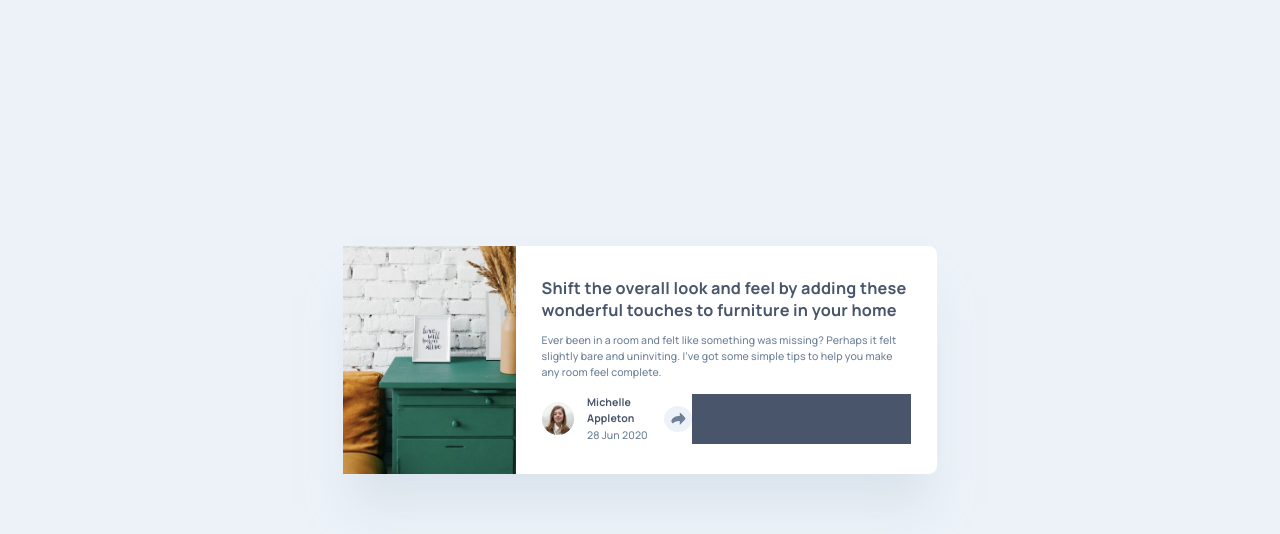
Repository: brandontaylor1/article-preview-component
Page: index.html
An editor plug-in stored every save of this project. The page is shown before and after the next save, followed by the edit.
The browser window is 1280 px wide. The pictures show the whole page.

Above is the page before, as saved 2025-01-15 16:04:02.

After the next save:
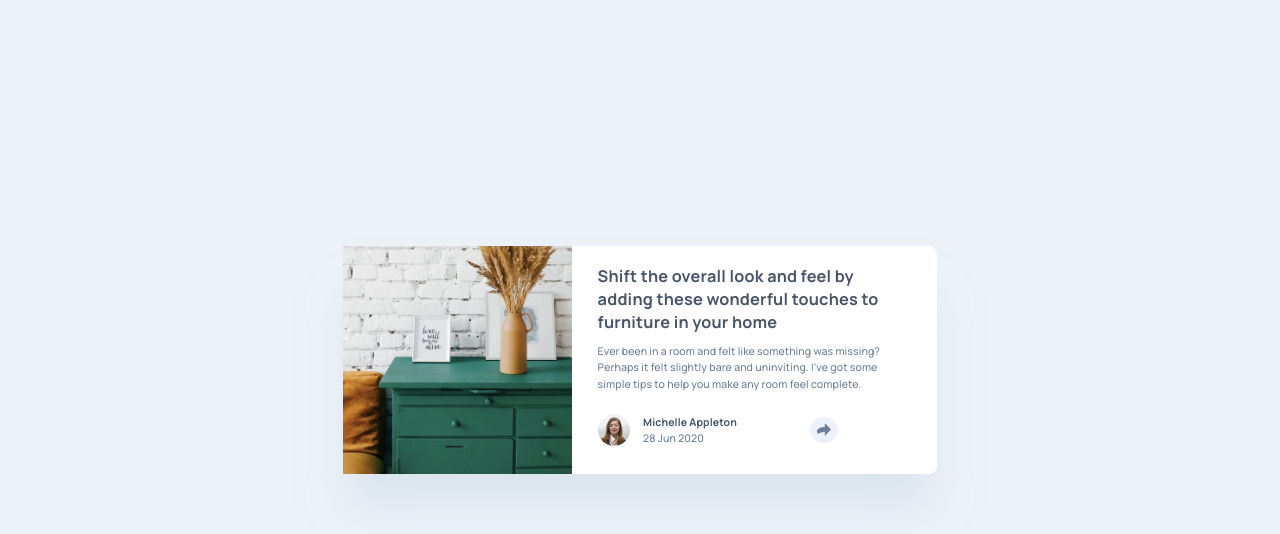
Saved 12 s later.
--- a/styles.css
+++ b/styles.css
@@ -146,8 +146,8 @@
 
 .share-box {
     height: 50px;
-    width: 248px;
-    background-color: #48556A;
+    /* width: 248px;
+    background-color: #48556A; */
 
 }
 .triangle-down {

After the save that followed:
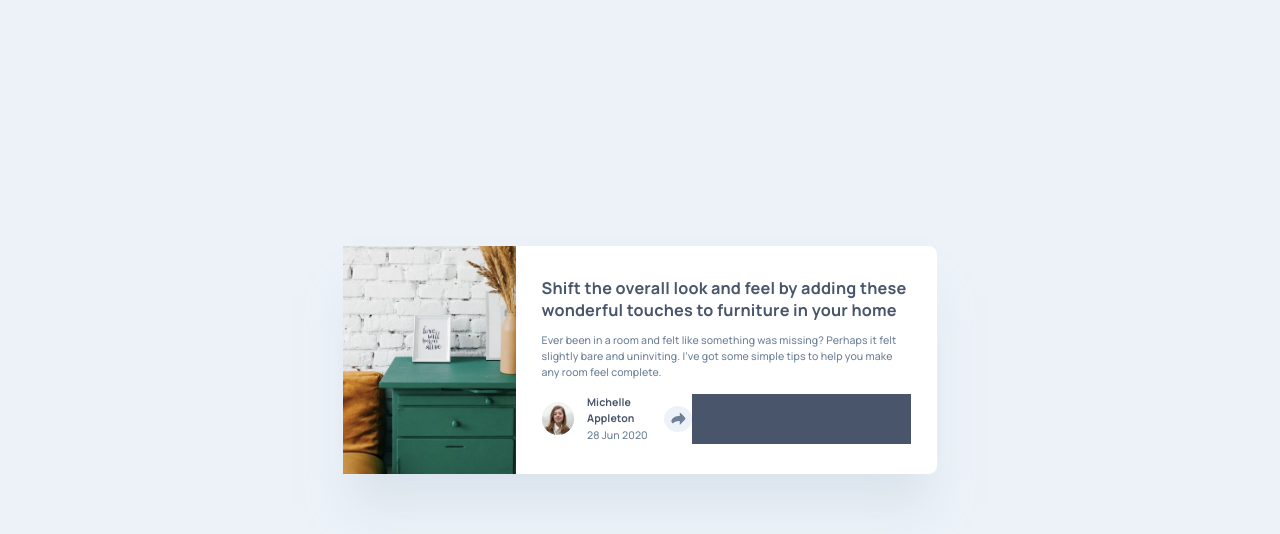
Saved 16 s later.
--- a/styles.css
+++ b/styles.css
@@ -146,8 +146,8 @@
 
 .share-box {
     height: 50px;
-    /* width: 248px;
-    background-color: #48556A; */
+    width: 248px;
+    background-color: #48556A;
 
 }
 .triangle-down {
